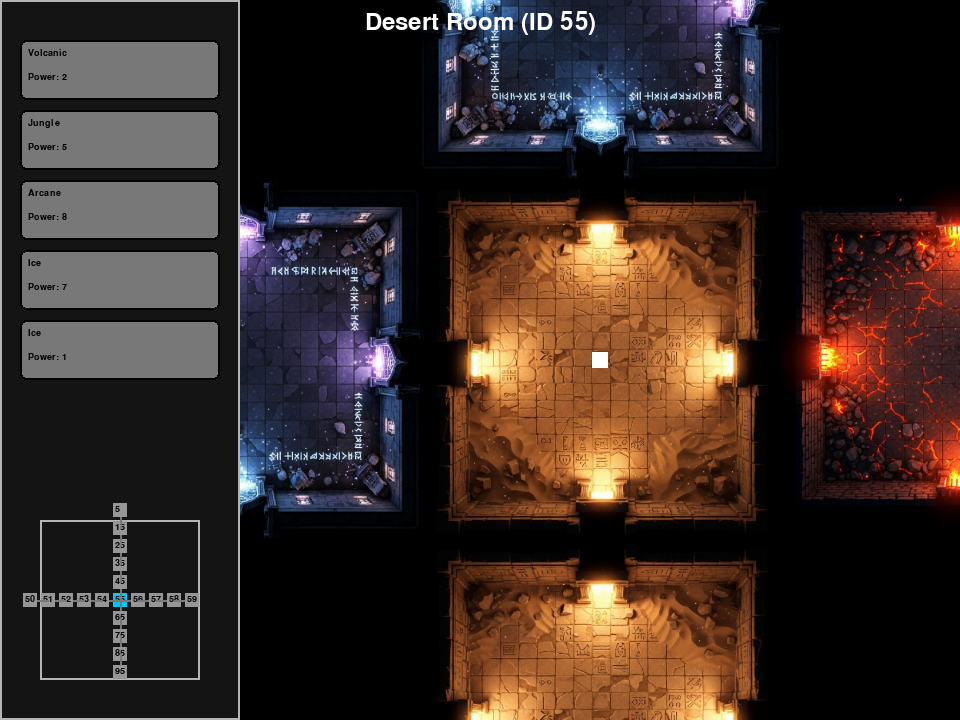
Repository: MehediMim/GateBound
Script's output: python main.py
An editor plug-in stored every save of this project. The script's output is shown before and after a run of saves, followed by the edit.
The window is shown after at most 60 frames with no key pressed. Random numbers start from a fixed seed. It also reads assets/bg_arcane.png, assets/bg_desert.png, assets/bg_ice.png, assets/bg_jungle.png, assets/bg_volcanic.png.

Above is the script's output before, as saved 2026-01-26 19:10:09.

After the next 2 saves:
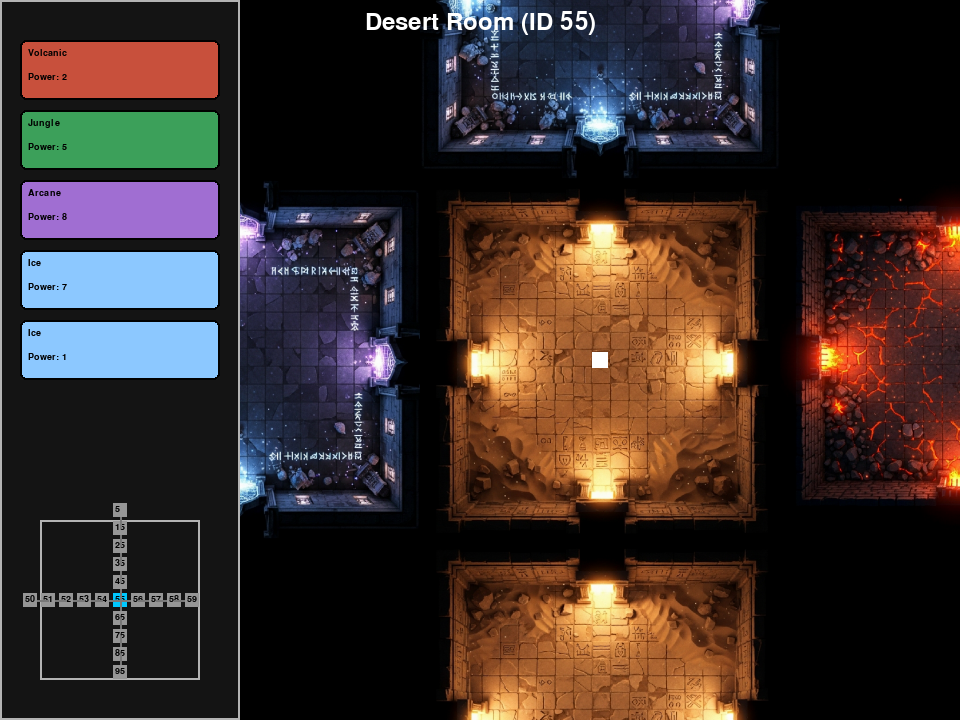
The 2 saves are shown as one change because they came seconds apart.
The last was saved 25 s later.
--- a/main.py
+++ b/main.py
@@ -177,7 +177,9 @@ def draw_cards():
 
     for i, c in enumerate(cards):
         rect = pygame.Rect(x, y + i * (h + gap), w, h)
-        pygame.draw.rect(screen, (120, 120, 120), rect, border_radius=6)
+        color = ROOM_COLORS[c["type"]]
+        pygame.draw.rect(screen, color, rect, border_radius=6)
+
         pygame.draw.rect(screen, (0, 0, 0), rect, 2, border_radius=6)
         screen.blit(map_font.render(c["type"], True, (0,0,0)), (rect.x+8, rect.y+8))
         screen.blit(map_font.render(f"Power: {c['power']}", True, (0,0,0)), (rect.x+8, rect.y+32))
